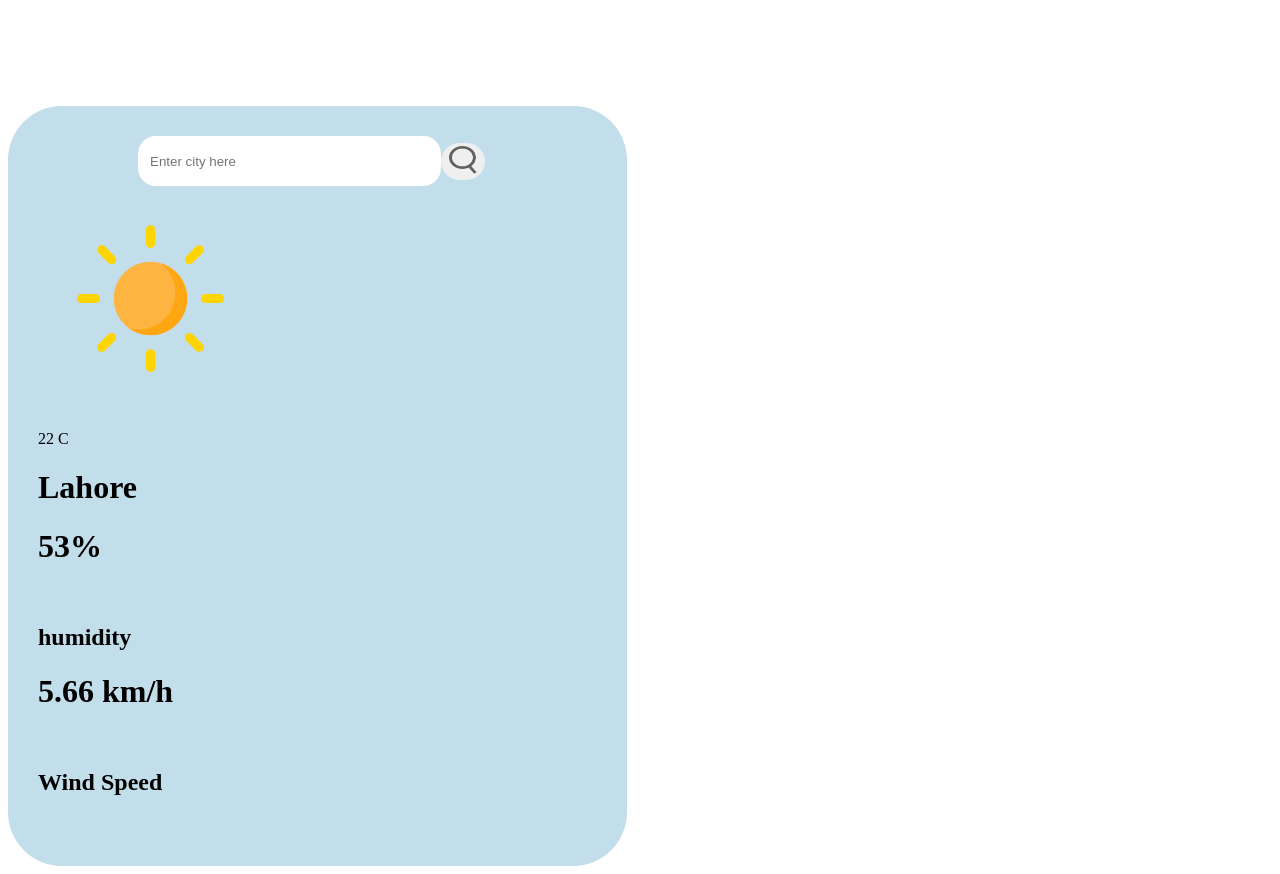
Repository: WajihaGul/Javascripts-Projects
Page: WEATHER APP/index.html
The author's editor kept a copy of each file at every save. The page is drawn from the files as they stood at one save, then again after the next save.
The browser window is 1280 px wide. The pictures show the whole page.

Above is the page before, as saved 2024-06-07 15:44:36.
Not found: WEATHER APP/script.js

After the next save:
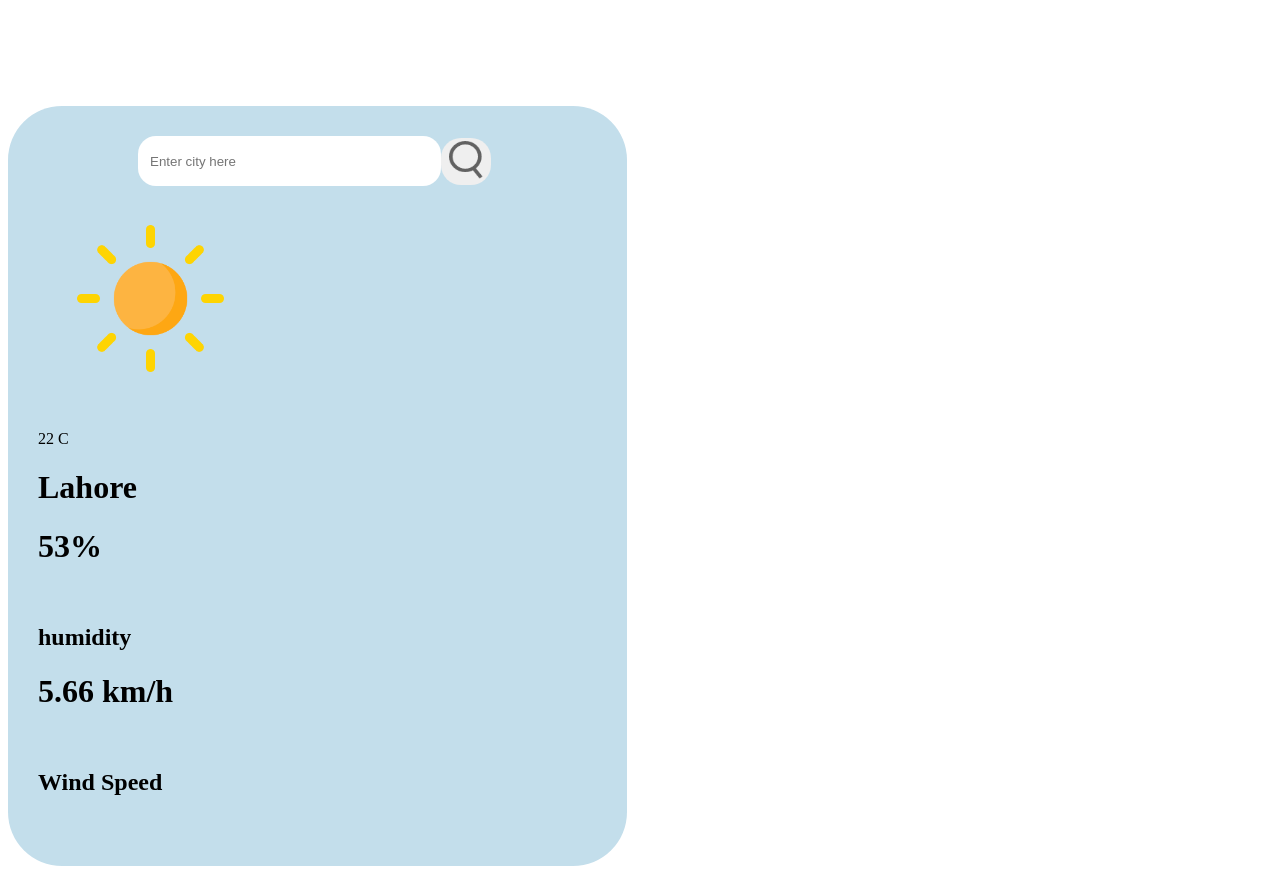
Saved 58 s later.
--- a/WEATHER APP/style.css
+++ b/WEATHER APP/style.css
@@ -24,8 +24,8 @@
     margin-right: 100px;
 }
 .btnimg{
-    height: 28px;
-    width: 28px;
+    height: 38px;
+    width: 34px;
 }
 .SearchLogo{
         border-color: transparent;
